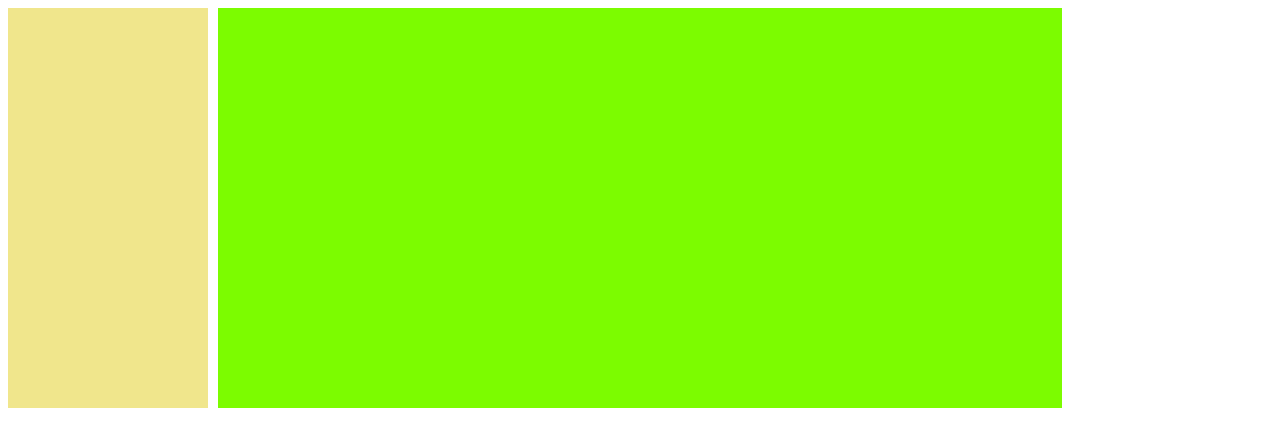
Repository: xzm1997/huntjob
Page: 面试/常见问题/practice/practice_2.html
The author's editor kept a copy of each file at every save. The page is drawn from the files as they stood at one save, then again after the next save.
The browser window is 1280 px wide. The pictures show the whole page.

Above is the page before, as saved 2022-06-14 08:58:24.

### 面试/常见问题/practice/practice_2.html
<!DOCTYPE html>
<html lang="en">
<head>
    <meta charset="UTF-8">
    <meta http-equiv="X-UA-Compatible" content="IE=edge">
    <meta name="viewport" content="width=device-width, initial-scale=1.0">
    <title>双飞翼</title>
    <style>
        .content {
            width:100%;
            float:left;
        }
        .middle {
            height:400px;
            margin-left: 210px;
            margin-right: 210px;
            background: lawngreen;
        }
        .left {
            height:400px;
            width: 200px;
            background: khaki;
            float: left;
            margin-left:-100%;
        }
        .right {
            height:400px;
            width:200px;
            background: lavender;
        }
    </style>
</head>
<body>
    <div class="content">
        <div class="middle"></div>
    </div>
    <div class="left"></div>
    <div class="right"></div>
</body>
</html>

After the next save:
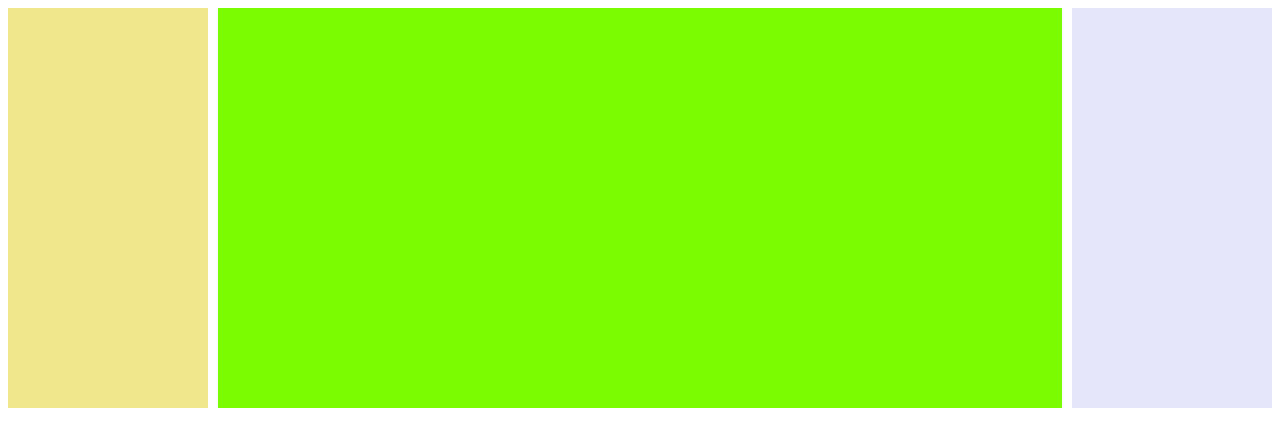
Saved 15 s later.
--- a/面试/常见问题/practice/practice_2.html
+++ b/面试/常见问题/practice/practice_2.html
@@ -27,6 +27,8 @@
             height:400px;
             width:200px;
             background: lavender;
+            float:left;
+            margin-left:-200px;
         }
     </style>
 </head>
